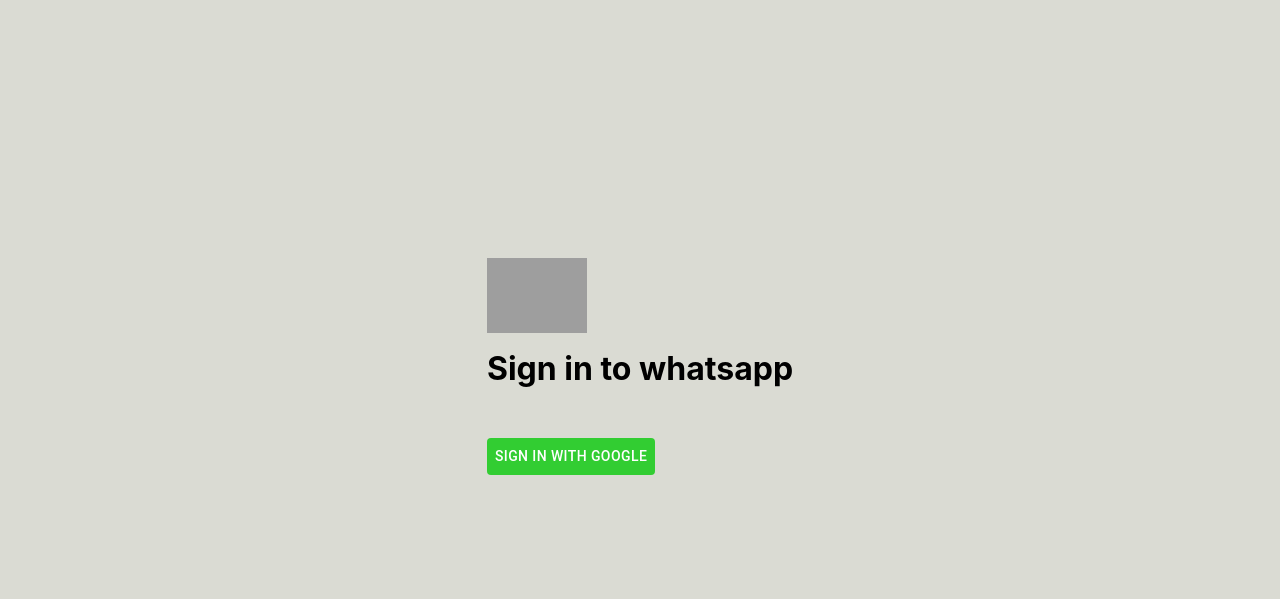
Repository: Prafullkuma/whatsappclon
Page: /
The author's editor kept a copy of each file at every save. The page is drawn from the files as they stood at one save, then again after the next save.
The browser window is 1280 px wide. The pictures show the whole page.
Pictures or frames that could not be fetched are drawn as grey boxes. The project was rebuilt for these pictures with package versions that can differ from the ones it lists, and the page was loaded fresh each time. Also part of the build but not shown: src/Component/Sidebar.css, src/Component/Chat/sidebarChat.css, src/firebase.js, src/Component/Chat/SidebarChat.js, src/Component/Sidebar.js, src/Component/mainChat.css, src/Component/MainChat.js.

Above is the page before, as saved 2020-08-20 13:46:21.

### src/App.js
import React, { useState } from 'react';
import './App.css';
import Sidebar from './Component/Sidebar'
import Chat from './Component/MainChat'
import { BrowserRouter as Router, Switch, Route, useParams } from 'react-router-dom';
import Login from './Component/Auth/Login'
function App() {
  const [user, setUser] = useState('')
  return (
    <div className="app">
      {!user ? <Login /> :
        <div className="app__body">
          <Router>
            <Switch>
              <Sidebar />
              <Route path="/rooms/:roomid">
                <Chat />
              </Route>
              <Route path="/">
                <h1>Home Screen</h1>
              </Route>
            </Switch>

          </Router>

        </div>
      }

    </div>
  );
}

export default App;

### src/App.css
.app{
  background-color: #dadbd3;
  height: 100vh;
  display: grid;
  place-items: center;
}
.app__body{
  display: flex;
  height: 90vh;
  width: 90vw;
  background-color: #ededed;
  box-shadow: -1px 4px 20px -6px rgba(0, 0, 0, 0.3);
}

### src/Component/Auth/Login.js
import React from 'react'
import './login.css'
import { Button } from '@material-ui/core'
function Login() {
    const singIn = () => {
        console.log("Datata")
    }
    return (
        <div className="login">
            <div className="login_container">
                <img src="https://i.pinimg.com/originals/f7/5d/94/f75d94874d855a7fcfcc922d89ac5e80.png"
                    alt="Whats App" />
                <div className="Login_text">
                    <h1>Sign in to whatsapp</h1>
                </div>
                <Button type="submit" onClick={singIn}>
                    Sign in with Google
                </Button>
            </div>
        </div>
    )
}

export default Login

### src/Component/Auth/login.css
.login_container>img{
    height: 100px;
    width: 100px;

    object-fit: contain;
}
.login_container>button{
    margin-top: 50px;
    background-color: limegreen;
    color: white;

}
button:hover{
    color:black;
    background-color: white;
    border: 1px solid black;
}

Loaded but not shown: public/index.html (common file); src/index.js (common file); src/index.css (common file)

After the next save:
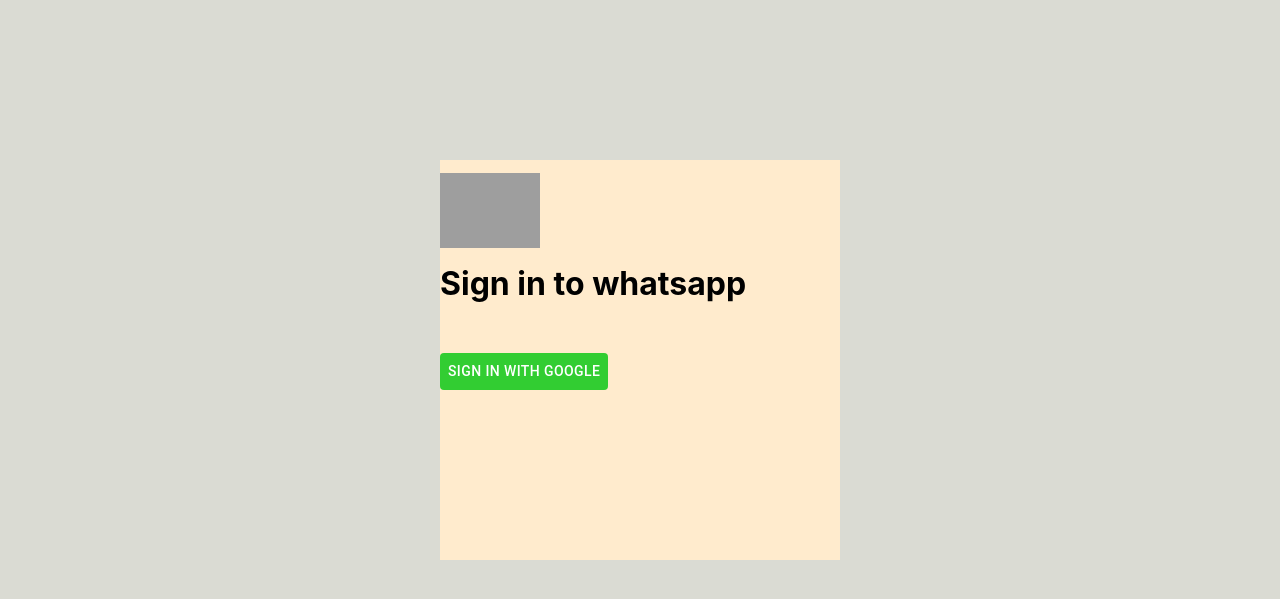
Saved 41 s later.
--- a/src/Component/Auth/login.css
+++ b/src/Component/Auth/login.css
@@ -1,3 +1,8 @@
+.login{
+    background-color: blanchedalmond;
+    height: 400px;
+    width: 400px;
+}
 .login_container>img{
     height: 100px;
     width: 100px;
